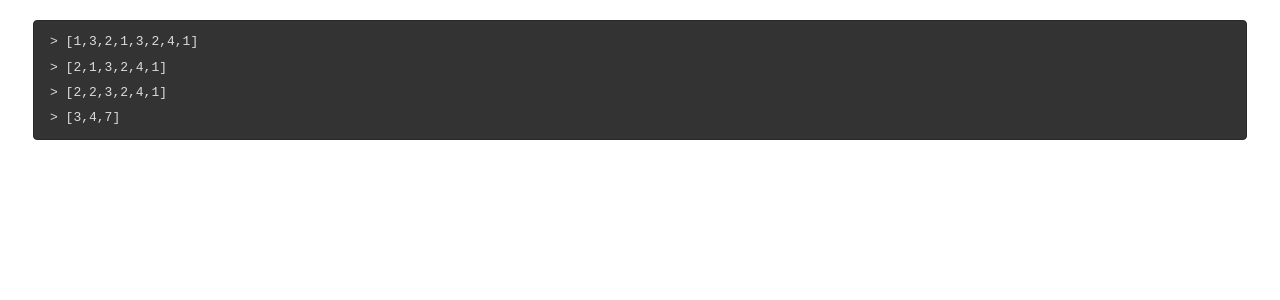
Repository: betaWeb/twicejs
Page: index.html
These files come from the project's save history. The page is drawn as it stood at one moment and after the next save; the edit follows.
The browser window is 1280 px wide. The pictures show the whole page.

Above is the page before, as saved 2019-12-12 14:32:24.

After the next save:
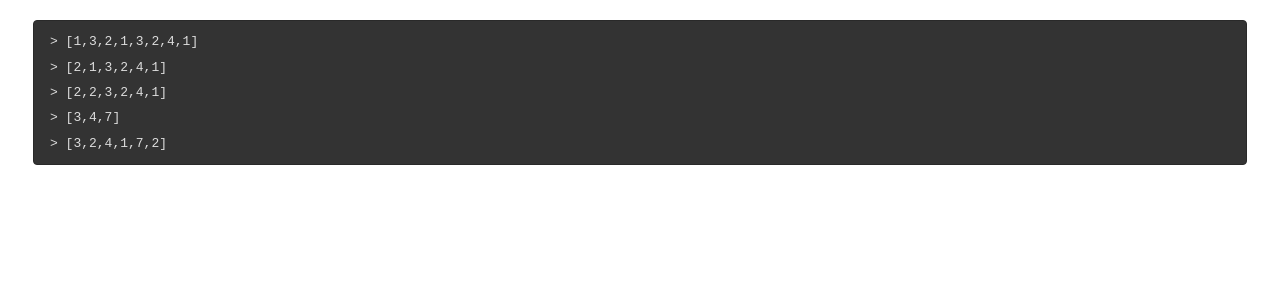
Saved 7 s later.
--- a/index.html
+++ b/index.html
@@ -55,6 +55,7 @@
             print(set.withCount)
             set.replace(2, 7)
             print(set.entries)
+            print(set.withCount)
         })
     </script>
 </body>
